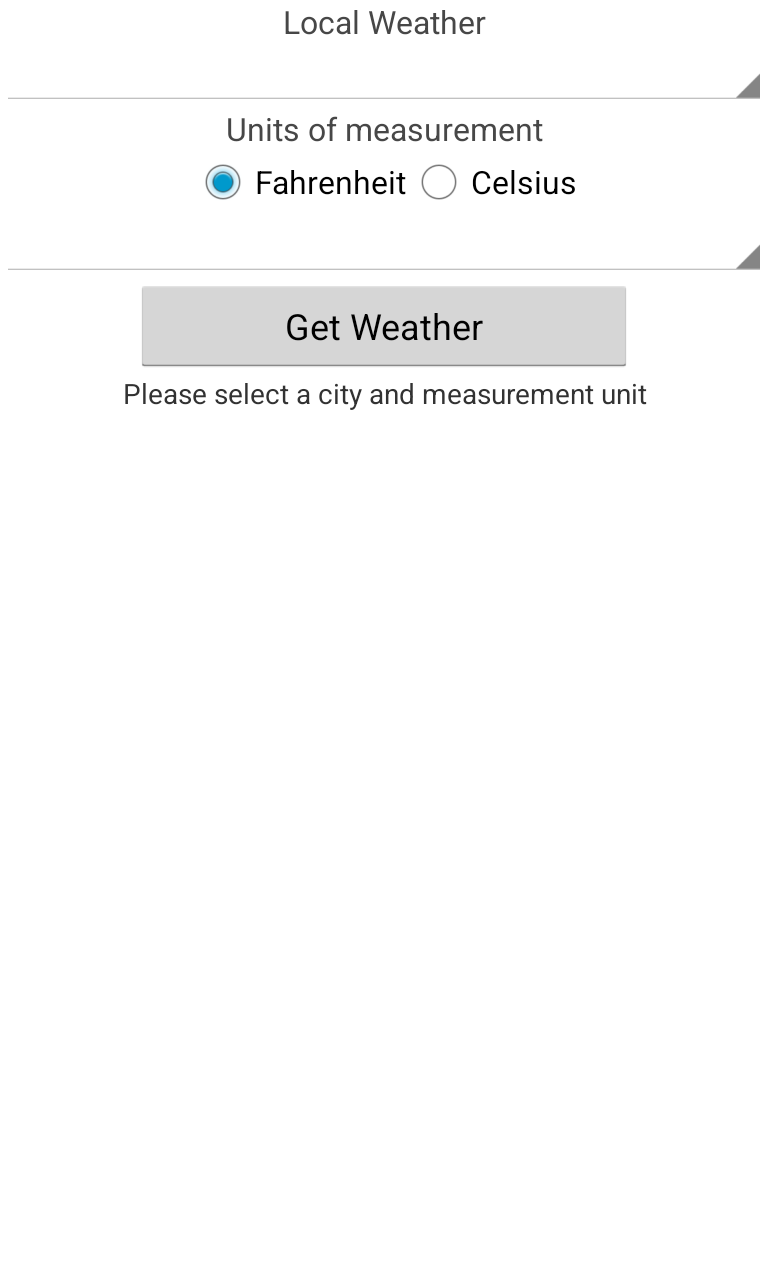
Repository: efreestone/Java1
Layout: Java1Project4/res/layout/activity_main.xml
These files come from the project's save history. The layout is drawn as it stood at one moment and after the next save; the edit follows.
It is drawn on a 768 x 1280 px phone screen (xhdpi) without system bars, with theme AppTheme; the app's code is not run.

Above is the layout before, as saved 2014-03-26 01:33:43.

### Java1Project4/res/layout/activity_main.xml
<?xml version="1.0" encoding="utf-8"?>
<LinearLayout xmlns:android="http://schemas.android.com/apk/res/android"
    android:layout_width="match_parent"
    android:layout_height="match_parent"
    android:orientation="vertical" >

    <!-- Top Linear Layout with controls -->
    <!-- <LinearLayout
        android:layout_width="match_parent"
        android:layout_height="wrap_content"
        android:orientation="horizontal"> -->

        <!-- Title -->
        <TextView
            android:layout_width="match_parent"
            android:layout_height="wrap_content"
            android:gravity="center"
            android:text="@string/titleString"
            style="@style/labelStyle"/>

        <!-- City Spinner -->
        <Spinner
            android:id="@+id/citySpinner"
            android:layout_width="match_parent"
            android:layout_height="wrap_content"/>

        <!-- Measurement Title -->
        <TextView
            android:layout_width="match_parent"
            android:layout_height="wrap_content"
            android:gravity="center"
            android:text="@string/measureTitleString"
            style="@style/labelStyle"/>

        <!-- Measurement Radio Buttons -->
        <RadioGroup
            android:id="@+id/tempUnitRadioGroup"
            android:layout_width="wrap_content"
            android:layout_height="wrap_content"
            android:layout_gravity="center"
            android:orientation="horizontal" >

            <RadioButton
                android:id="@+id/fahrenheitRadio"
                android:layout_width="match_parent"
                android:layout_height="wrap_content"
                android:text="@string/fahrenheitString"
                android:checked="true"/>

            <RadioButton
                android:id="@+id/celsiusRadio"
                android:layout_width="match_parent"
                android:layout_height="wrap_content"
                android:text="@string/celsiusString"/>
        </RadioGroup>

        <!-- Current Spinner -->
        <Spinner
            android:id="@+id/currentSpinner"
            android:layout_width="match_parent"
            android:layout_height="wrap_content"
            android:dropDownVerticalOffset="-45dp"
            android:popupBackground="@android:color/darker_gray"/>

        <!-- Get Weather Button -->
        <Button
            android:id="@+id/weatherButton"
            android:layout_width="wrap_content"
            android:layout_height="wrap_content"
            android:layout_gravity="center"
            android:width="250dp"
            android:text="@string/weatherButtonString"/>

	<!-- </LinearLayout> -->

	<!-- Bottom Gridlayout for temp display -->
	<GridLayout
	    android:id="@+id/tempGrid"
	    android:layout_width="match_parent"
	    android:layout_height="wrap_content"
	    android:columnCount="2">

        <!-- Display Temp -->
        <TextView
            android:id="@+id/displayTempView"
            android:layout_width="match_parent"
            android:layout_height="wrap_content"
            android:gravity="center"
            android:text="@string/displayTempString"/>

	</GridLayout>

	<ImageView
	    android:id="@+id/weatherIcon"
	    android:layout_width="wrap_content"
	    android:layout_height="wrap_content"
	    android:contentDescription="@string/weatherIconAccString"
	    android:layout_gravity="center"
	    android:layout_marginTop="25dp"/>

</LinearLayout>

### Java1Project4/res/values-v14/styles.xml
<resources xmlns:android="http://schemas.android.com/apk/res/android">

    <!--
        Base application theme for API 14+. This theme completely replaces
        AppBaseTheme from BOTH res/values/styles.xml and
        res/values-v11/styles.xml on API 14+ devices.
    -->
    <style name="AppBaseTheme" parent="android:Theme.Holo.Light.DarkActionBar"/>

        <!-- Labels -->
        <style name="labelStyle">
            <item name="android:textStyle">normal</item>
            <item name="android:textColor">#474747</item>
            <item name="android:textSize">16sp</item>
        </style>


</resources>

### Java1Project4/res/values/strings.xml
<?xml version="1.0" encoding="utf-8"?>
<resources>

    <string name="app_name">Java1Project4</string>
    <string name="action_settings">Settings</string>
    <string name="hello_world">Hello world!</string>

    <!-- Title and button strings -->
    <string name="titleString">Local Weather</string>
    <string name="measureTitleString">Units of measurement</string>
    <string name="weatherButtonString">Get Weather</string>
    <string name="displayTempString">Please select a city and measurement unit</string>

    <!-- Connection Alert strings -->
    <string name="noConnectionTitle">Connection Error</string>
    <string name="noConnectionAlert">This application requires internet access. Please check your network connection and try again.</string>

    <!-- Main URL strings -->
    <string name="mainURLString">http://api.wunderground.com/api/8204b5c9bf753afb/</string>
    <string name="conditionsURLString">conditions/q/</string>
    <string name="forecastURLString">forecast/q/</string>
    <!-- City URL strings -->
    <string name="lovelandString">CO/Loveland.json</string>
    <string name="losAngelesString">CA/Los_Angeles.json</string>
    <string name="newYorkString">NY/New_York.json</string>
    <string name="chicagoString">IL/Chicago.json</string>
    <string name="orlandoString">FL/Orlando.json</string>

    <!-- Radio Button Text -->
    <string name="fahrenheitString">Fahrenheit</string>
    <string name="celsiusString">Celsius</string>

    <!-- Cities array for first spinner -->
    <string-array name="cities_array">
        <item >Loveland</item>
        <item >Los Angeles</item>
        <item >New York</item>
        <item >Chicago</item>
        <item >Orlando</item>
    </string-array>

    <!-- Array for second spinner -->
    <string-array name="current_forecast">
        <item >Current Weather</item>
        <item >3-day Forecast</item>
    </string-array>

    <!-- Weather Icon -->
    <string name="weatherIconAccString">Weather Icon</string>
    <string name="weatherIconURL"></string>

</resources>

Loaded but not shown: Java1Project4/res/values/styles.xml (common file); Java1Project4/res/values-v11/styles.xml (common file)

After the next save:
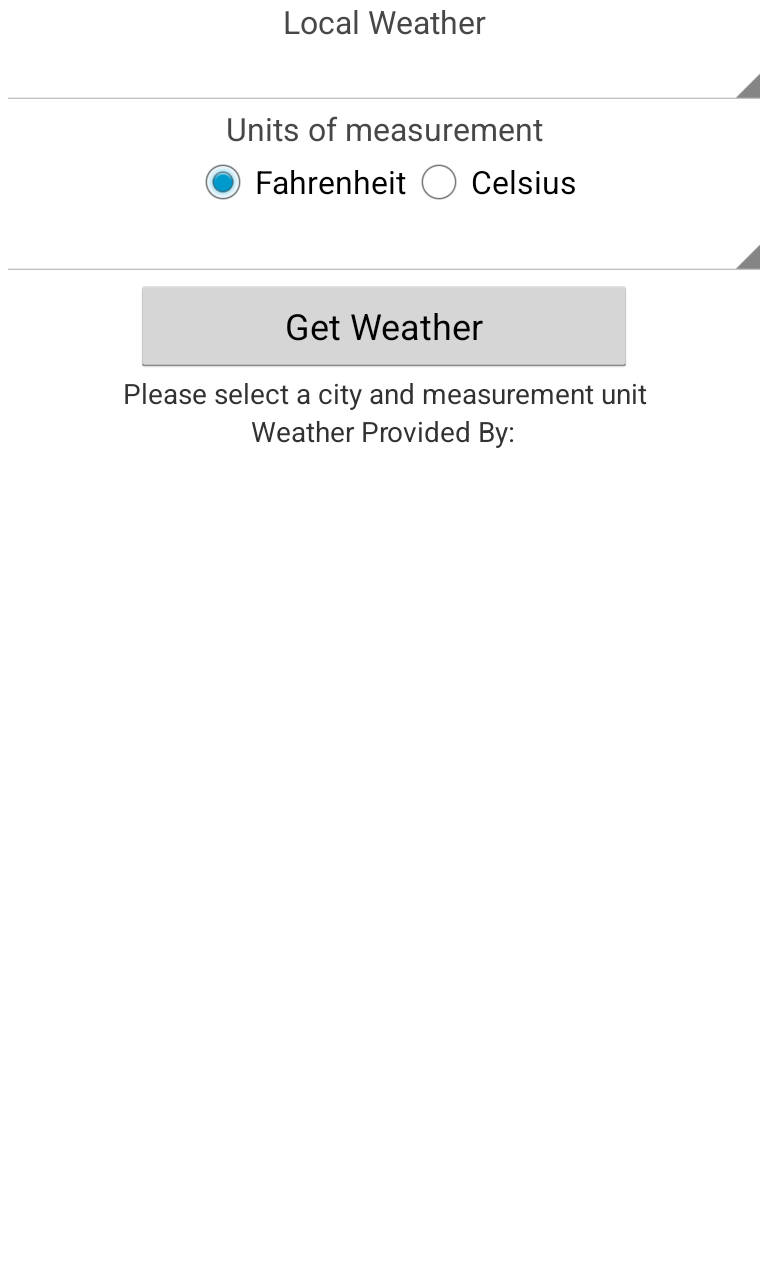
Saved 94 s later.
--- a/Java1Project4/res/layout/activity_main.xml
+++ b/Java1Project4/res/layout/activity_main.xml
@@ -90,6 +90,12 @@
 
 	</GridLayout>
 
+	<TextView
+	    android:layout_width="wrap_content"
+	    android:layout_height="wrap_content"
+	    android:layout_gravity="center"
+	    android:text="Weather Provided By:"/>
+
 	<ImageView
 	    android:id="@+id/weatherIcon"
 	    android:layout_width="wrap_content"
